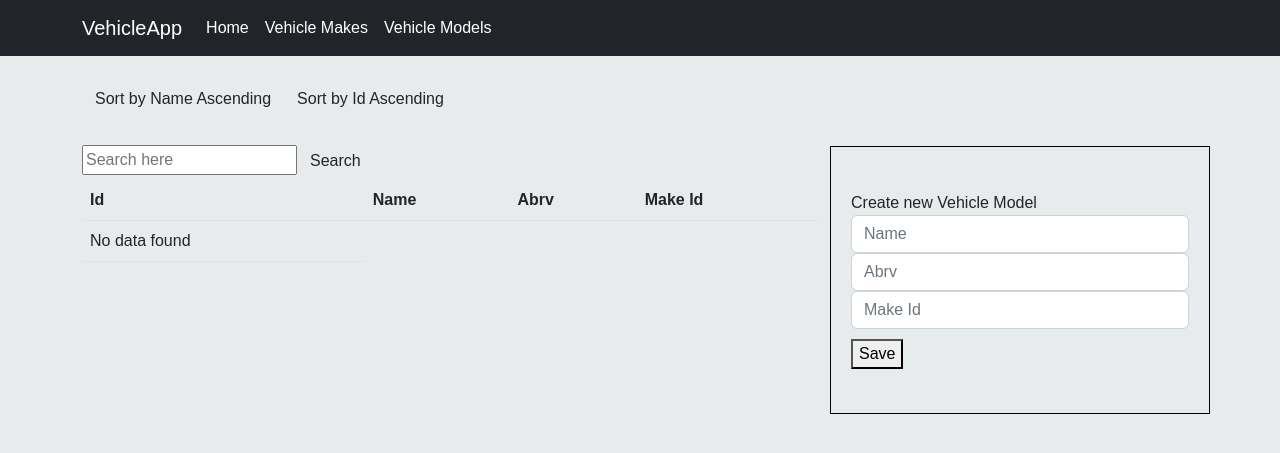
Repository: magdalenarajic/VehicleFrontend
Page: /Models
The author's editor kept a copy of each file at every save. The page is drawn from the files as they stood at one save, then again after the next save.
The browser window is 1280 px wide. The pictures show the whole page.
The page's requests for data from a server got no answer. The project was rebuilt for these pictures with package versions that can differ from the ones it lists, and the page was loaded fresh each time. No one was signed in, and anything a server would have sent is missing. Also part of the build but not shown: src/components/Home.js, src/services/makeService.js, src/stores/makeStore.js, src/components/VehicleMake.js.

Above is the page before, as saved 2023-03-10 19:48:04.

After the next save:
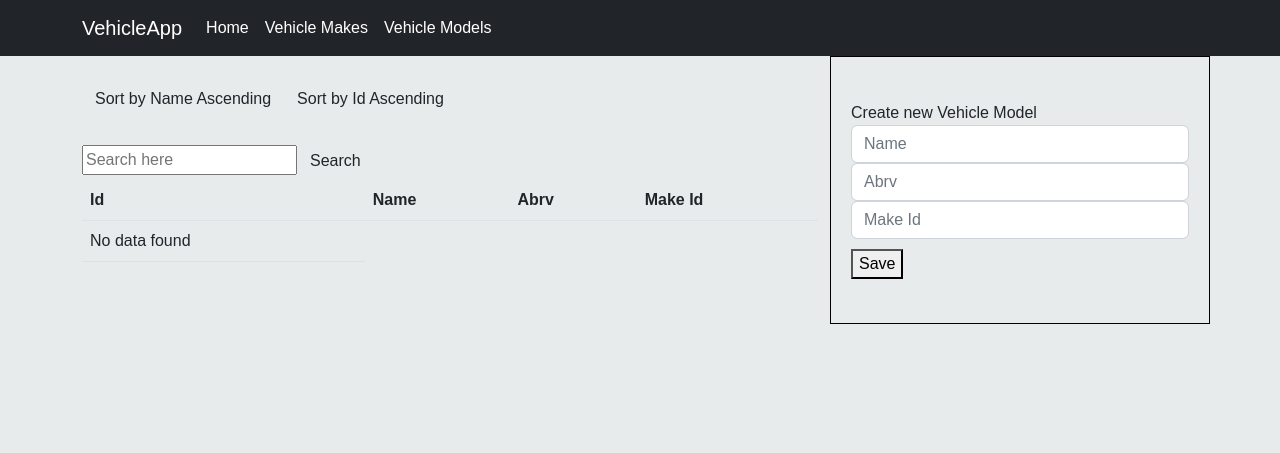
Saved 17 s later.
--- a/src/components/VehicleModel.js
+++ b/src/components/VehicleModel.js
@@ -169,7 +169,6 @@
                   border: "1px solid black",
                   alignSelf: "center",
                   padding: "20px",
-                  marginTop: "90px"
                 }}
               >
                 <br />

After the save that followed:
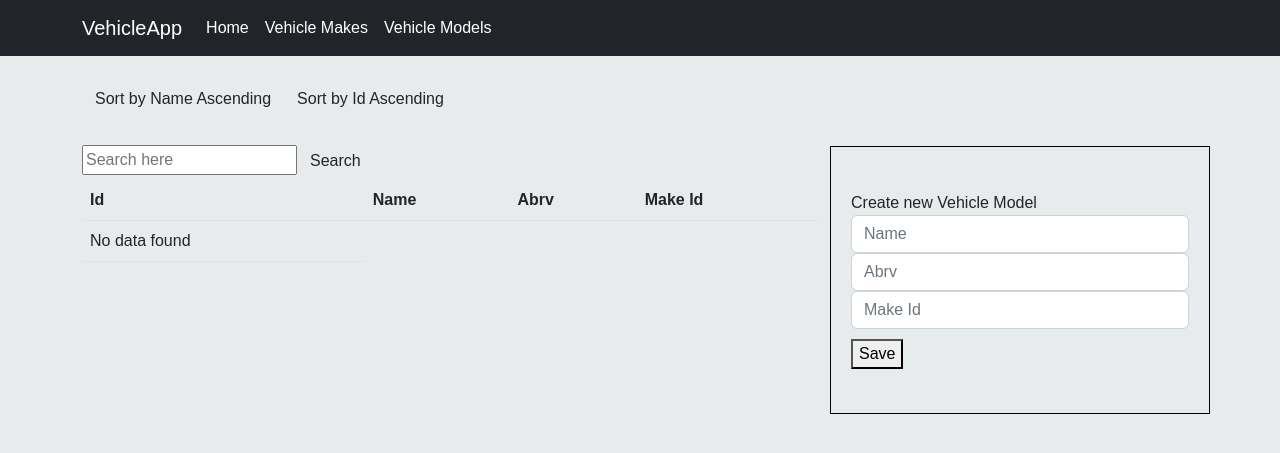
Saved 9 s later.
--- a/src/components/VehicleModel.js
+++ b/src/components/VehicleModel.js
@@ -169,6 +169,7 @@
                   border: "1px solid black",
                   alignSelf: "center",
                   padding: "20px",
+                  marginTop: "90px"
                 }}
               >
                 <br />
